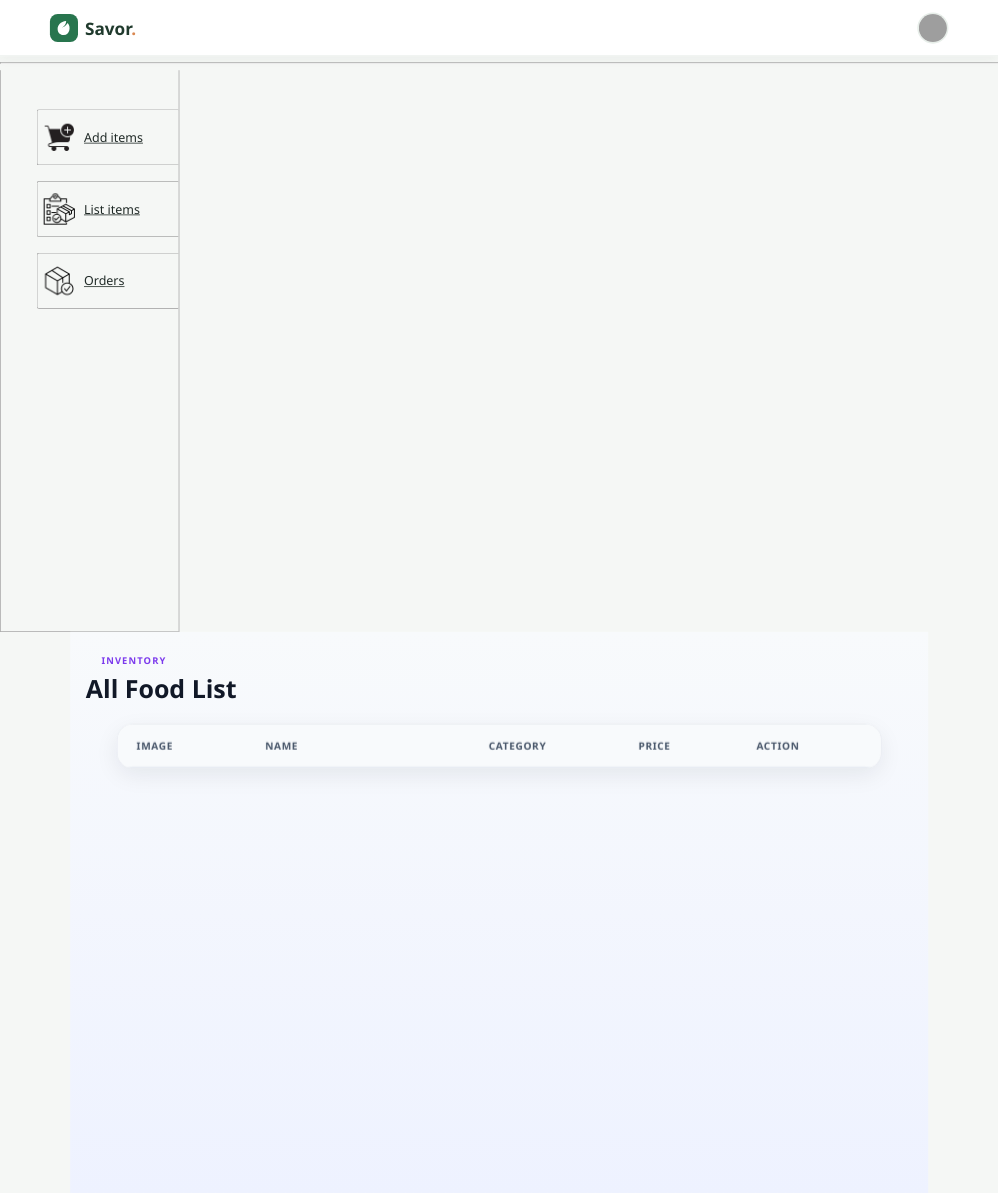
Repository: prince44991/Ecommerce-Project-Full-Stack
Page: /Listitem (app in admin/my-react-app/)
The author's editor kept a copy of each file at every save. The page is drawn from the files as they stood at one save, then again after the next save.
The browser window is 1280 px wide. The pictures show the whole page, at 78% of full size.
Pictures or frames that could not be fetched are drawn as grey boxes. The page's requests for data from a server got no answer. The project was rebuilt for these pictures with package versions that can differ from the ones it lists, and the page was loaded fresh each time. No one was signed in, and anything a server would have sent is missing. Also part of the build but not shown: admin/my-react-app/vite.config.js, admin/my-react-app/src/pages/Add/Add.css, admin/my-react-app/src/pages/Add/Add.jsx, admin/my-react-app/src/pages/Order/Order.jsx.

Above is the page before, as saved 2026-09-30 16:11:58.

After the next save:
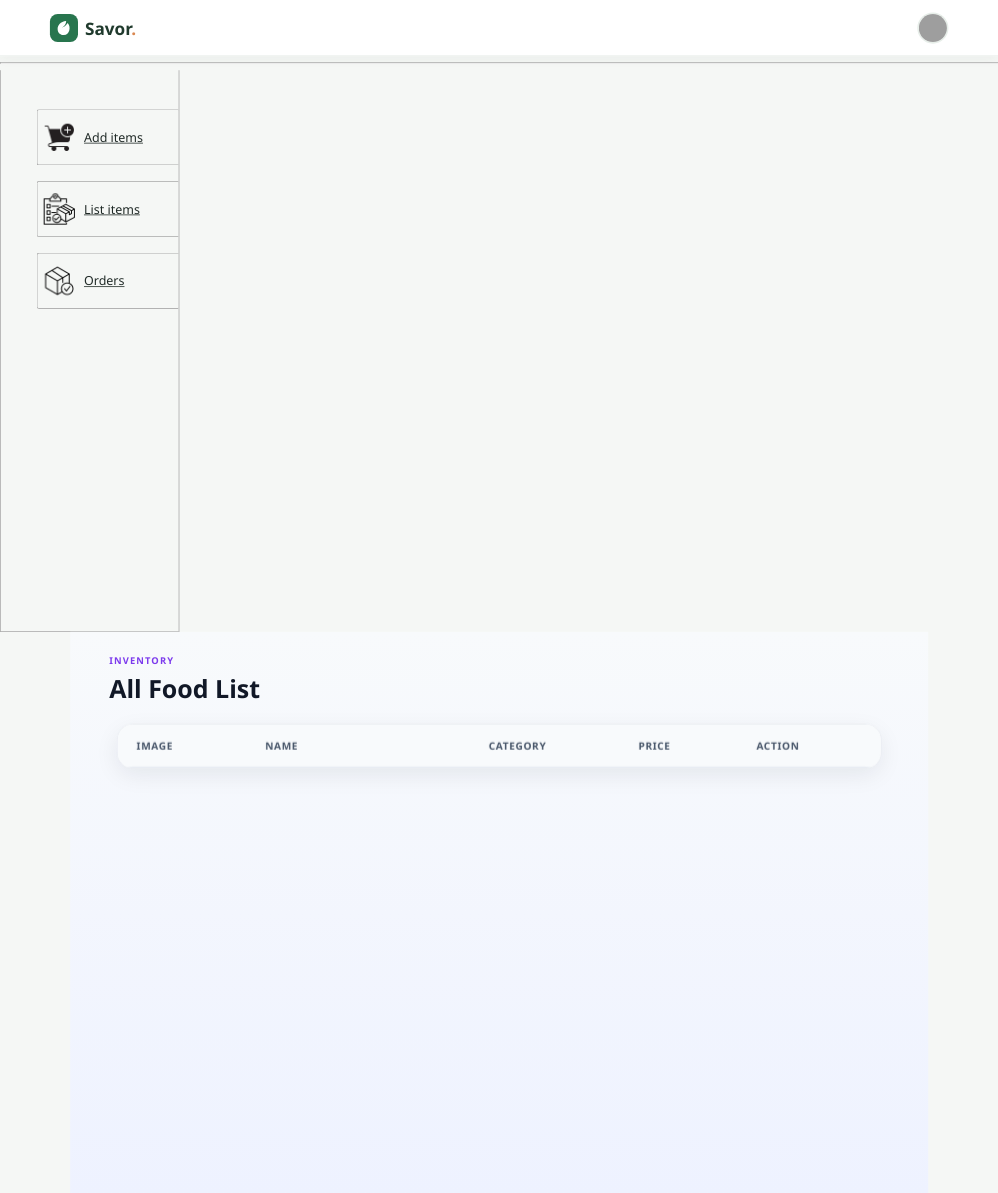
Saved 19 s later.
--- a/admin/my-react-app/src/pages/List/List.css
+++ b/admin/my-react-app/src/pages/List/List.css
@@ -21,7 +21,10 @@
   text-transform: uppercase;
   color: #7c3aed;
   font-weight: 700;
-  margin-left: 20px;
+  /* margin-left: 20px; */
+}
+.head{
+    margin-left: 30px;
 }
 
 .list-header h2 {
